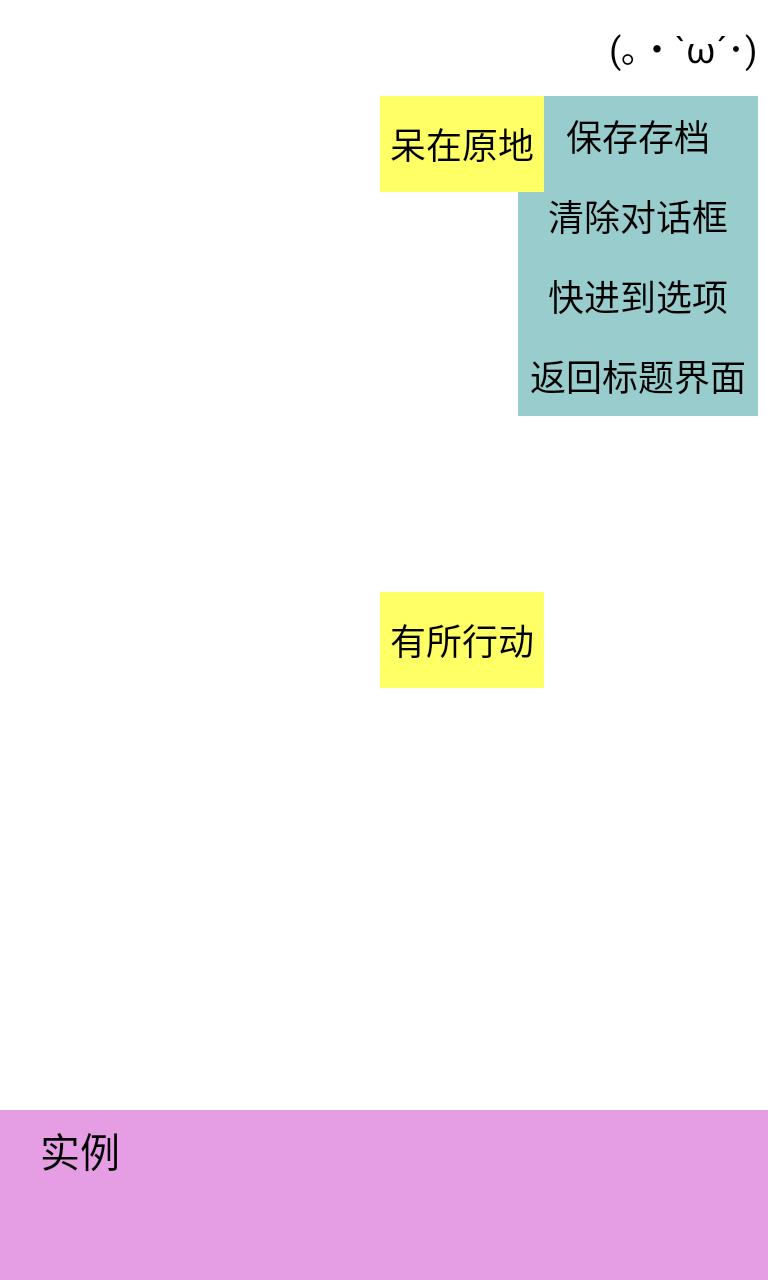
Repository: GuardLDW/HERO
Layout: GuardLDW/res/layout/game.xml
An editor plug-in stored every save of this project. The layout is shown before and after the next save, followed by the edit.
It is drawn on a 768 x 1280 px phone screen (xhdpi) without system bars, with theme AppTheme; the app's code is not run.

Above is the layout before, as saved 2016-12-07 11:20:44.

After the next save:
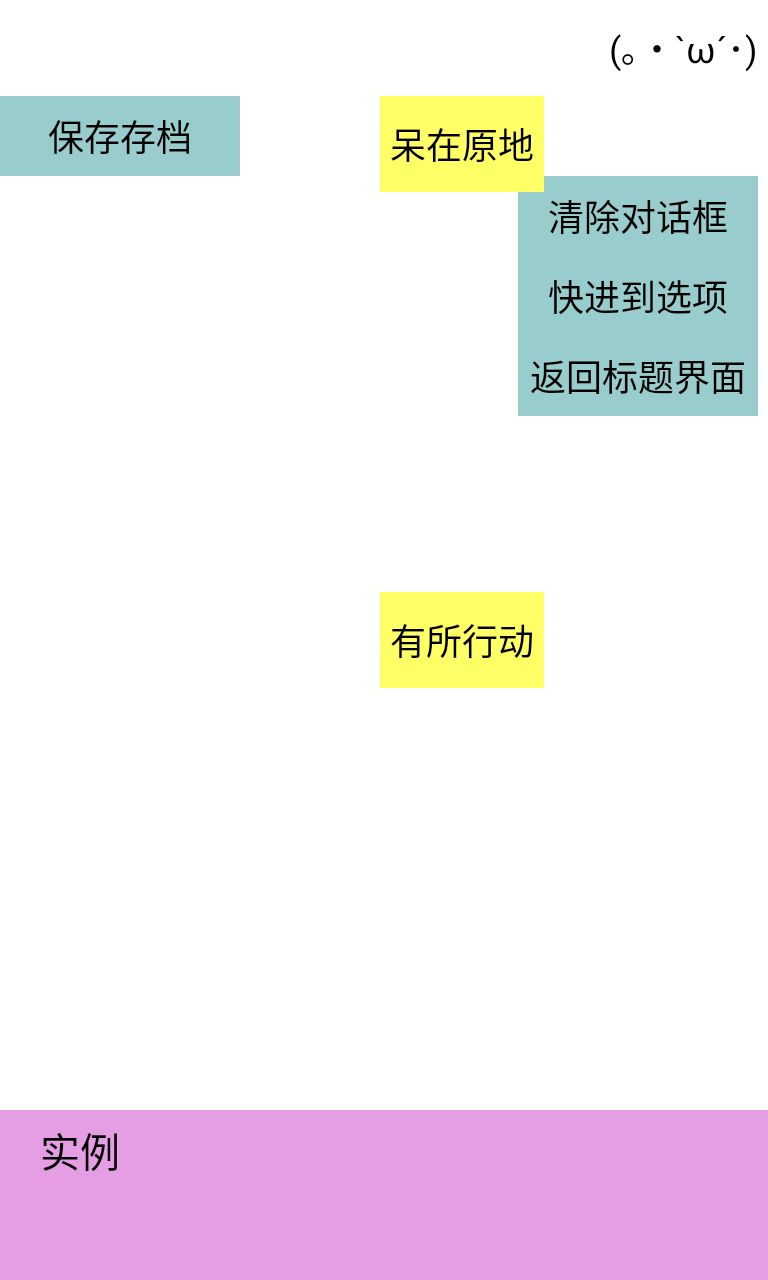
Saved 2 min 50 s later.
--- a/GuardLDW/res/layout/game.xml
+++ b/GuardLDW/res/layout/game.xml
@@ -39,8 +39,7 @@
         android:id="@+id/button_save"
         android:layout_width="120dp"
         android:layout_height="40dp"
-        android:layout_alignLeft="@+id/button_remove"
-        android:layout_alignRight="@+id/button_startgameset"
+        android:layout_alignRight="true"
         android:layout_below="@+id/button_startgameset"
         android:background="#99CCCC"
         android:text="保存存档" />

After the save that followed:
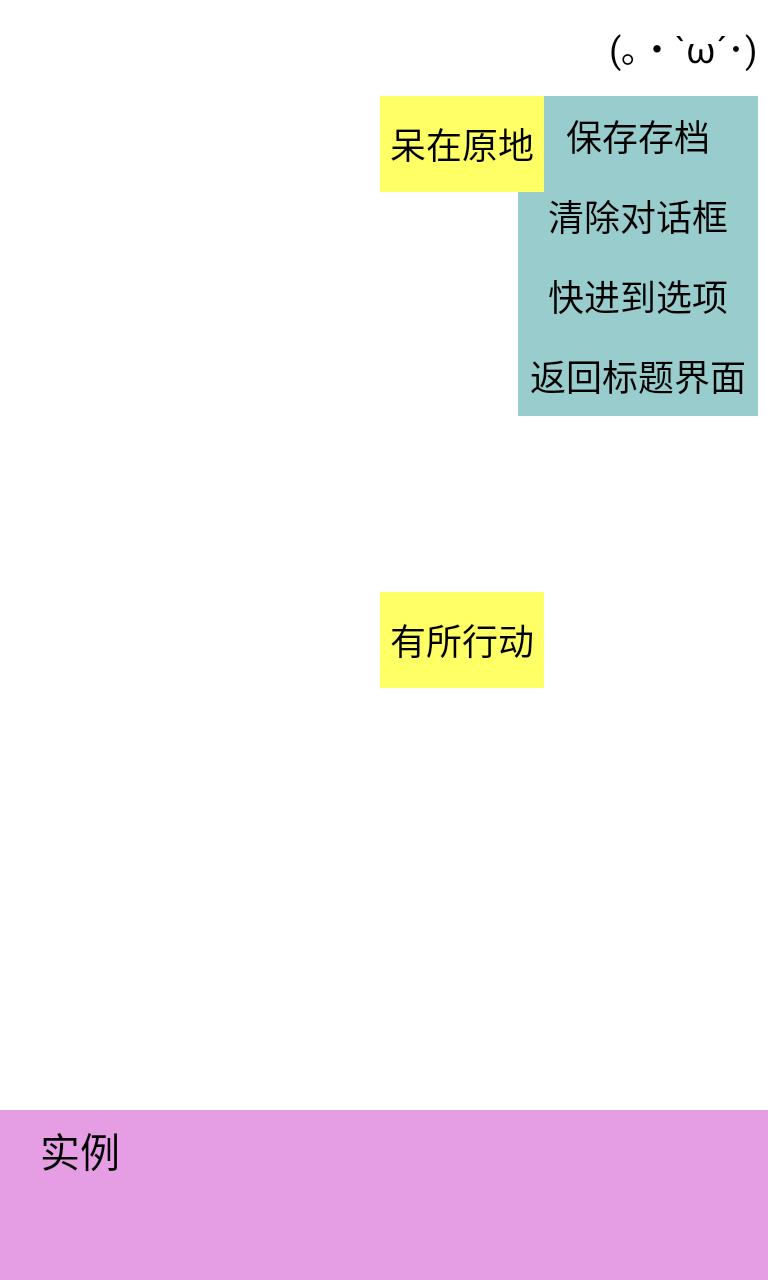
Saved 2 min 1 s later.
--- a/GuardLDW/res/layout/game.xml
+++ b/GuardLDW/res/layout/game.xml
@@ -39,7 +39,8 @@
         android:id="@+id/button_save"
         android:layout_width="120dp"
         android:layout_height="40dp"
-        android:layout_alignRight="true"
+        android:layout_alignParentRight="true"
+        android:layout_marginRight="5dp"
         android:layout_below="@+id/button_startgameset"
         android:background="#99CCCC"
         android:text="保存存档" />
@@ -48,8 +49,9 @@
         android:id="@+id/button_remove"
         android:layout_width="120dp"
         android:layout_height="40dp"
-        android:layout_alignRight="@+id/button_startgameset"
+        android:layout_alignParentRight="true"
         android:layout_below="@+id/button_save"
+        android:layout_marginRight="5dp"
         android:background="#99CCCC"
         android:text="清除对话框" />
 
@@ -61,8 +63,6 @@
         android:layout_below="@+id/button_remove"
         android:background="#99CCCC"
         android:layout_marginRight="5dp"
-        android:paddingLeft="5dp"
-        android:paddingRight="5dp"
         android:text="快进到选项" />
 
     <Button
@@ -73,7 +73,6 @@
         android:layout_below="@+id/button_fast"
         android:layout_marginRight="5dp"
         android:background="#99CCCC"
-        android:minWidth="110dp"
         android:text="返回标题界面" />
 
     <Button
